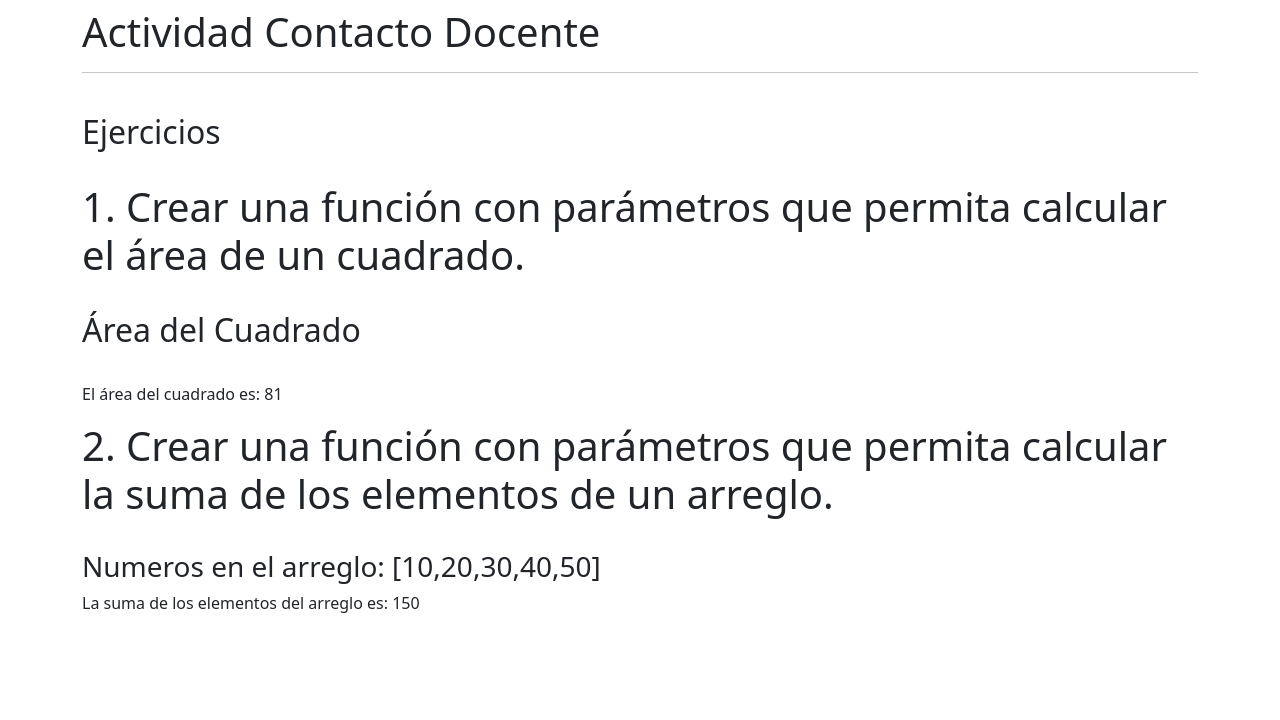
Repository: Jchimbo99/Actvidad1
Page: / (app in typescript-actividad/)
These files come from the project's save history. The page is drawn as it stood at one moment and after a run of saves; the edit follows.
The browser window is 1280 px wide. The pictures show the whole page.
The project was rebuilt for these pictures with package versions that can differ from the ones it lists, and the page was loaded fresh each time. Also part of the build but not shown: typescript-actividad/vite.config.ts.

Above is the page before, as saved 2025-01-22 20:46:33.

After the next 4 saves:
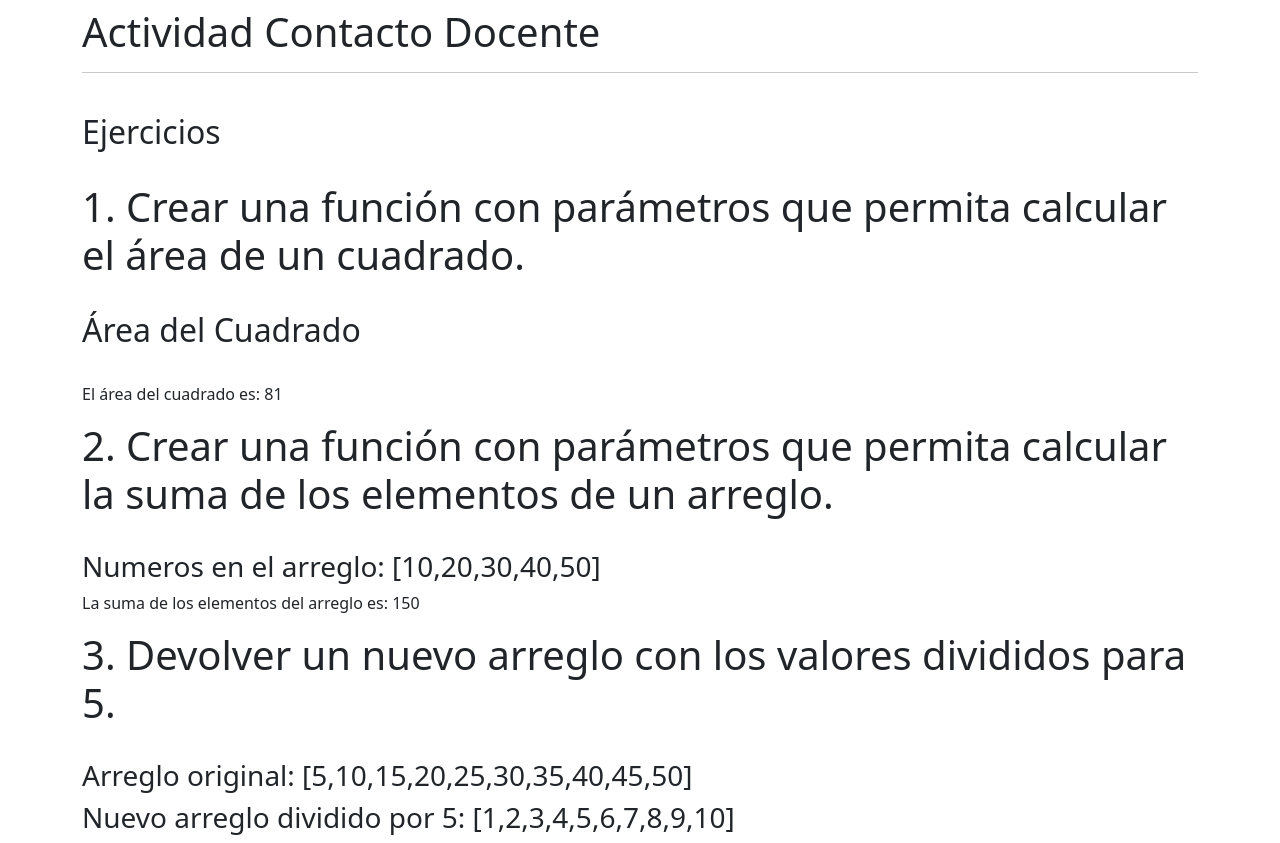
The 4 saves are shown as one change because 1 did not build or start and some came seconds apart.
The last was saved 16 s later.
--- a/typescript-actividad/src/App.tsx
+++ b/typescript-actividad/src/App.tsx
@@ -1,5 +1,6 @@
 import { AreaCuadrado } from "./typescript/AreaCuadrado";
 import { SumaArreglo } from "./typescript/Arreglo";
+import { ArreglosDivision } from "./typescript/ArreglosDivision";
 
 export const App = () => {
   return (
@@ -14,6 +15,7 @@ export const App = () => {
       <AreaCuadrado/>
 
       <SumaArreglo/>
+      <ArreglosDivision/>
       </div>
   )
 }
